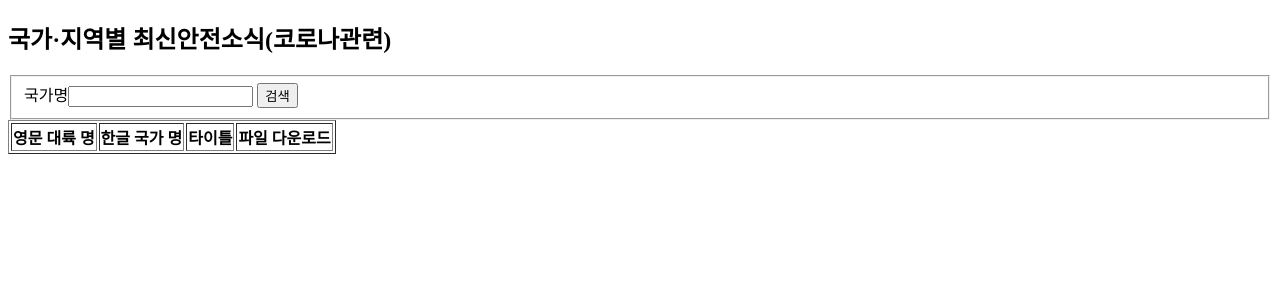
Repository: Sewoong-Lee/jsp
Page: http://localhost/jsp05_api/view/02_xml_json.jsp
An editor plug-in stored every save of this project. The page is shown before and after the next save, followed by the edit.
The browser window is 1280 px wide. The pictures show the whole page.
The page is served by Tomcat 9. Other server files are loaded and not shown.

Above is the page before, as saved 2021-06-28 01:45:44.

### source/jsp05_api/WebContent/view/02_xml_json.jsp
<%@ page language="java" contentType="text/html; charset=UTF-8"
    pageEncoding="UTF-8"%>
<%@taglib prefix="c" uri="http://java.sun.com/jsp/jstl/core" %>
<!-- contextpath 변수 생성 -->
<c:set var="path" value="${pageContext.request.contextPath}"/>
<!DOCTYPE html>
<html>
<head>
<meta charset="UTF-8">
<title>Insert title here</title>
</head>
<body>
	<h2>국가·지역별 최신안전소식(코로나관련)</h2>
	<form action="${path}/list.country">
		<fieldset>
			국가명<input type="text" name="countryname" >
			<button>검색</button>
		</fieldset>
	</form>

	<table border="1">
			<tr>
				<th>영문 대륙 명</th>
				<th>한글 국가 명</th>
				<th>타이틀</th>
				<!-- <th>HTML원본 내용</th> -->
				<th>파일 다운로드</th>
			</tr>
		<c:forEach var="clist" items="${clist}">
			<tr>
				<td>${clist.continent_eng_nm}</td>
				<td>${clist.country_nm}</td>
				<td>${clist.title}</td>
				<%-- <td>${clist.html_origin_cn}</td> --%>
				<td><a href="${clist.file_download_url}">${clist.file_path}</a></td>
			</tr>
		</c:forEach>
	</table>


</body>
</html>

After the next save:
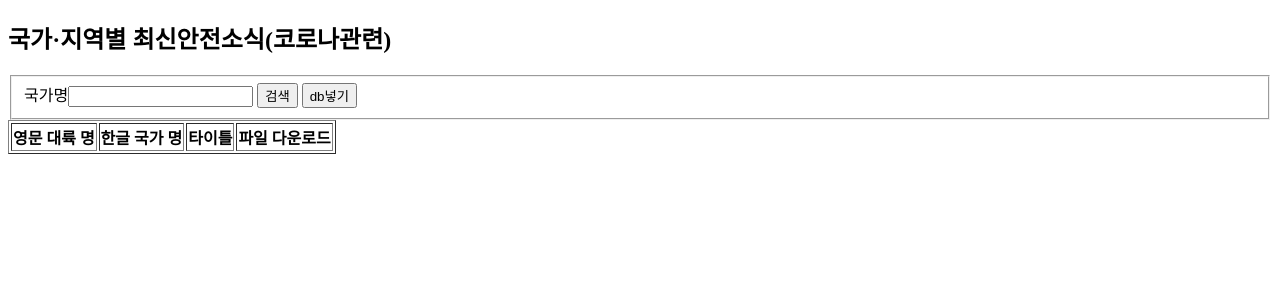
Saved 8 s later.
--- a/source/jsp05_api/WebContent/view/02_xml_json.jsp
+++ b/source/jsp05_api/WebContent/view/02_xml_json.jsp
@@ -15,6 +15,7 @@
 		<fieldset>
 			국가명<input type="text" name="countryname" >
 			<button>검색</button>
+			<button location.href="${path}/add.country">db넣기</button>
 		</fieldset>
 	</form>
 
